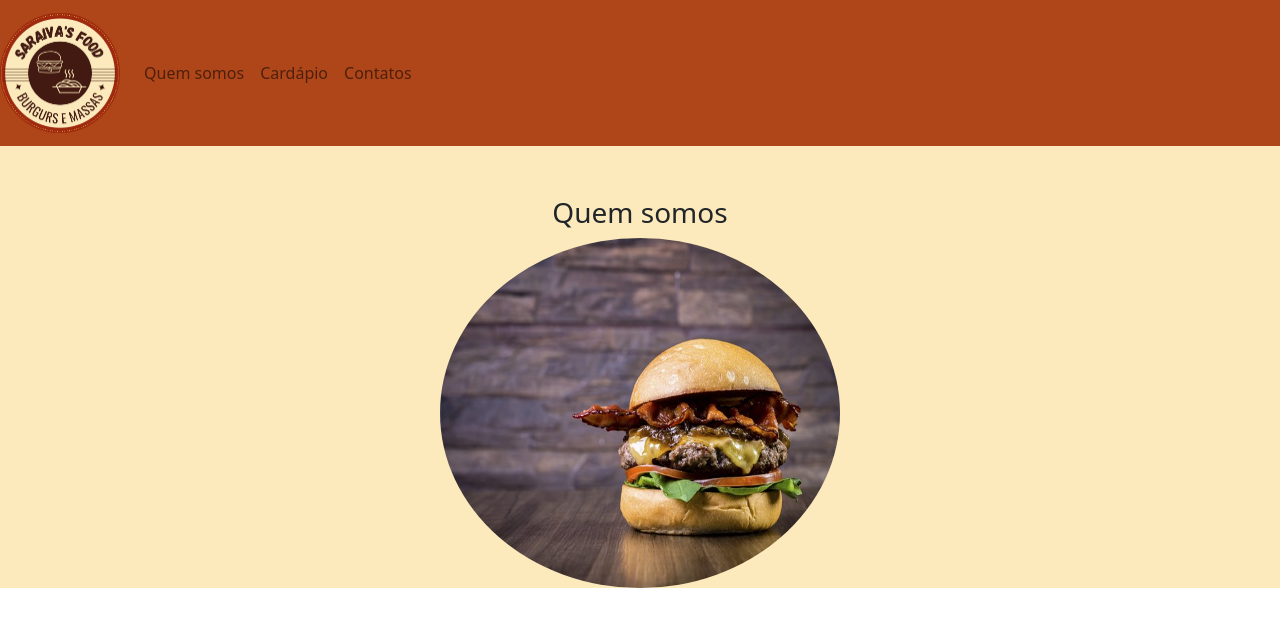
Repository: Tuanemendes/curso_bootstrap
Page: projeto1/index.html
These files come from the project's save history. The page is drawn as it stood at one moment and after the next save; the edit follows.
The browser window is 1280 px wide. The pictures show the whole page.

Above is the page before, as saved 2022-04-04 16:36:58.

After the next save:
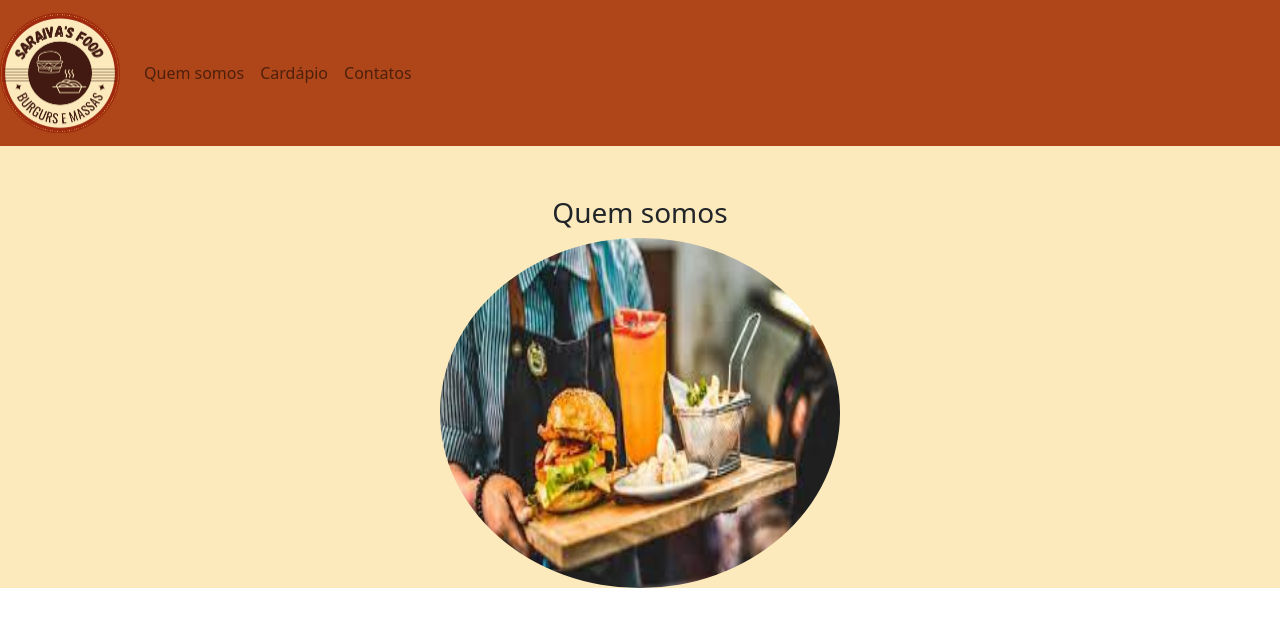
Saved 3 min 19 s later.
--- a/projeto1/index.html
+++ b/projeto1/index.html
@@ -31,7 +31,7 @@
     <section id="quemsomos">
         <div class="container-fluid quem-somos text-center margin">
             <h3>Quem somos</h3>
-            <img src="/img/como-montar-uma-hamburgueria.jpg" class="rounded-circle" alt="burgueria" width="400" height="350">
+            <img src="/img/quemsomos.jpeg" class="rounded-circle" alt="burgueria" width="400" height="350">
         </div>
     </section>
 </body>
